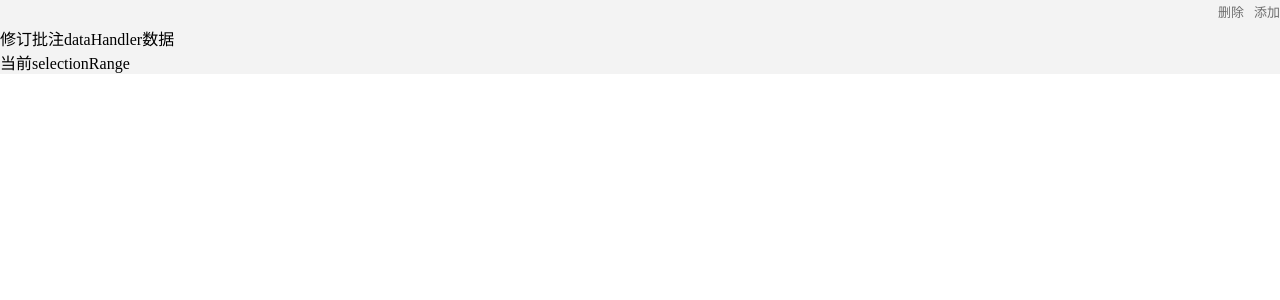
Repository: herorest/plugin
Page: panel/info.html
The author's editor kept a copy of each file at every save. The page is drawn from the files as they stood at one save, then again after the next save.
The browser window is 1280 px wide. The pictures show the whole page.

Above is the page before, as saved 2019-06-11 11:50:01.
Console error: TypeError: Cannot read properties of null (reading 'addEventListener')

After the next save:
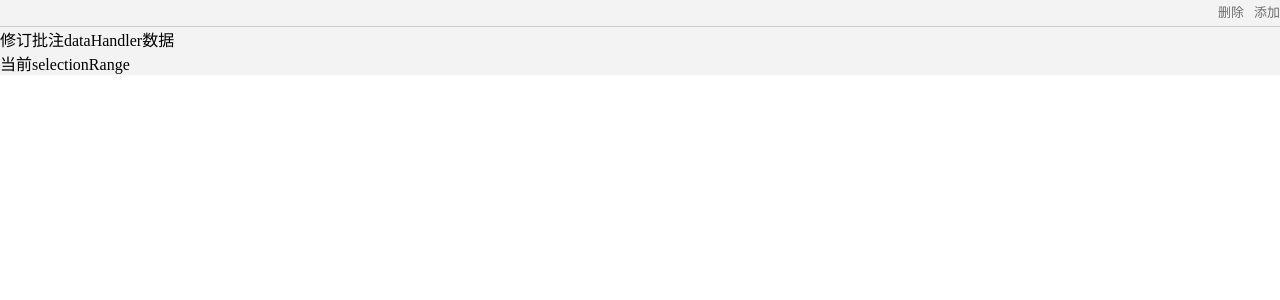
Saved 21 s later.
--- a/panel/info.css
+++ b/panel/info.css
@@ -93,6 +93,7 @@ input[type=checkbox]:checked:before {
     height:26px;
     line-height:26px;
     overflow:hidden;
+    border-bottom:1px #ccc solid;
 }
 
 .side .tool .add, .side .tool .del {
